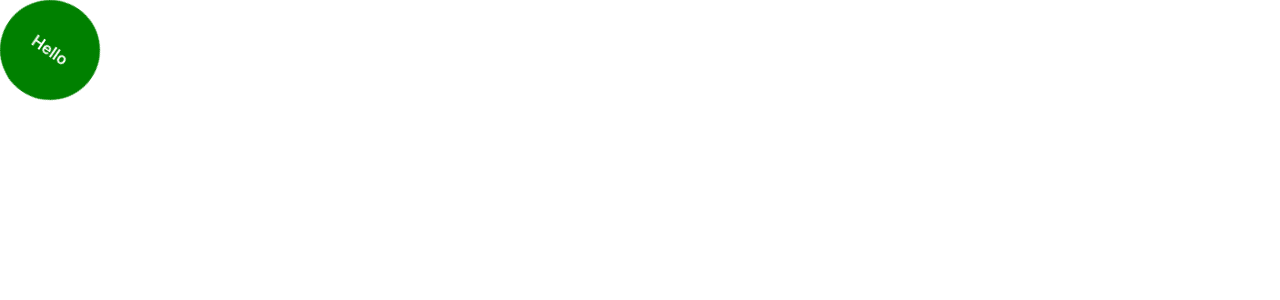
Repository: jr-frazier/visx-test
Page: /svg/1/Square
An editor plug-in stored every save of this project. The page is shown before and after the next save, followed by the edit.
The browser window is 1280 px wide. The pictures show the whole page.
The project was rebuilt for these pictures with package versions that can differ from the ones it lists, and the page was loaded fresh each time. The framework's server and built-in components were replaced by stand-ins that run in the browser. Also part of the build but not shown: next.config.js.

Above is the page before, as saved 2022-05-09 06:46:40.

After the next save:
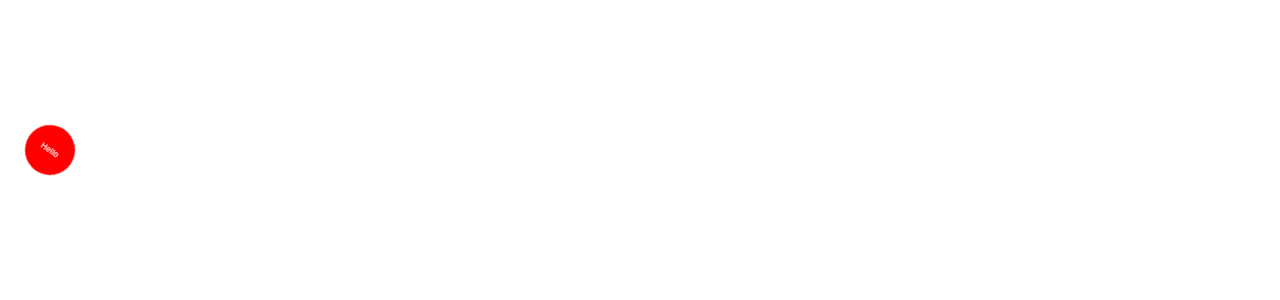
Saved 34 s later.
--- a/pages/svg/1/Square.tsx
+++ b/pages/svg/1/Square.tsx
@@ -8,21 +8,21 @@ export default function Squares({ squares }: { squares: number }) {
 
     useEffect(() => {
         if (boxRef.current === undefined) return;
-        // gsap.timeline({ repeat: 0, repeatDelay: 1 })
-        // .to(q(".box"), {
-        //     y: 100,
+        gsap.timeline({ repeat: 0, repeatDelay: 1 })
+        .to(q(".box"), {
+            y: 100,
 
-        //     ease: 'elastic.easeOut',
-        //     stagger: 0.1,
-        // })
-        // .to(q(".box"), {
-        //     rotation: 200,
-        //     delay: 1,
-        //     scale: 0.5,
-        //     backgroundColor: 'red',
-        //     ease: 'elastic.easeOut',
-        //     stagger: 0.1,
-        // })
+            ease: 'elastic.easeOut',
+            stagger: 0.1,
+        })
+        .to(q(".box"), {
+            rotation: 200,
+            delay: 1,
+            scale: 0.5,
+            backgroundColor: 'red',
+            ease: 'elastic.easeOut',
+            stagger: 0.1,
+        })
 
         gsap.timeline({ repeat: -1})
         .to(q(".box"), {
